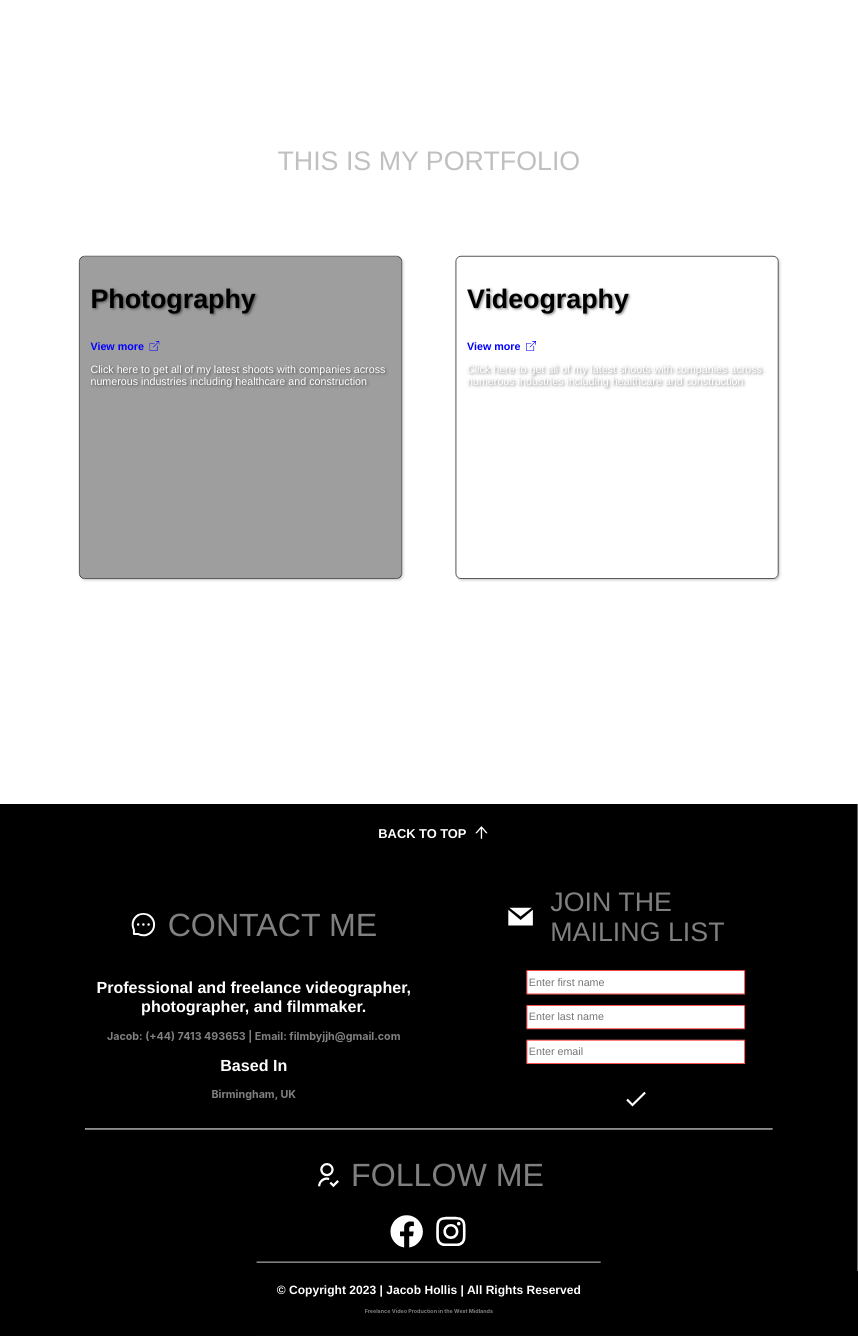
Repository: ThomasMTurner/filmbyjjh-portfolio
Page: /portfolio (app in client/)
An editor plug-in stored every save of this project. The page is shown before and after the next save, followed by the edit.
The browser window is 1280 px wide. The pictures show the whole page, at 67% of full size.
Pictures or frames that could not be fetched are drawn as grey boxes. The project was rebuilt for these pictures with package versions that can differ from the ones it lists, and the page was loaded fresh each time. Also part of the build but not shown: client/vite.config.js, client/src/pages/Components/TagComponents.jsx, client/src/pages/Components/Post.jsx, client/src/pages/Components/SearchBar.jsx, client/src/pages/Updates.jsx, client/src/pages/Contact.jsx, client/src/pages/Components/InitialLogin.jsx, client/src/pages/Home.jsx and 2 more. Imported but missing from the stored project, and not drawn on this page: client/src/pages/Components/Videos/header.mp4, client/src/pages/Components/Videos/portfolio-reel.mp4.

Above is the page before, as saved 2023-10-20 13:06:10.

After the next save:
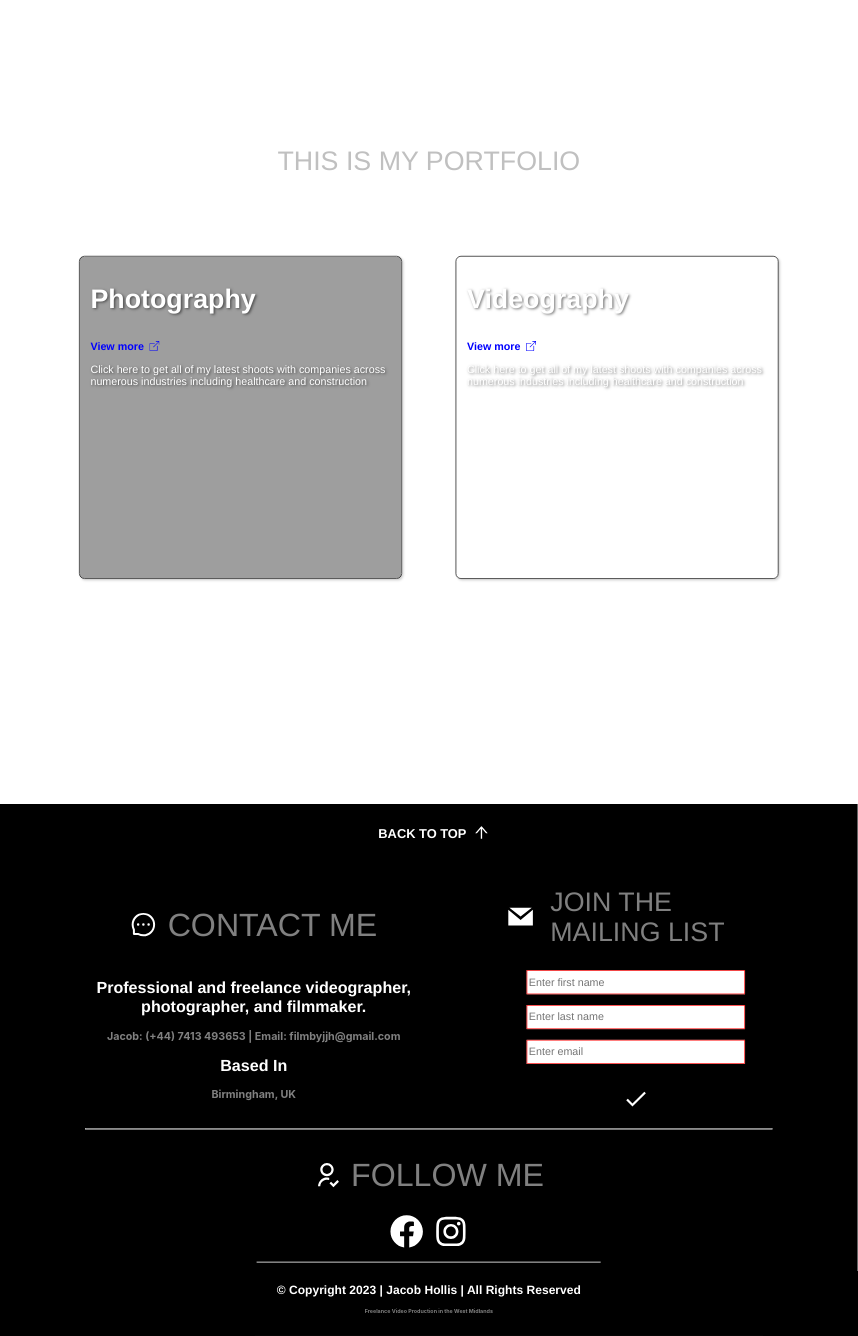
Saved 14 s later.
--- a/client/src/pages/Portfolio.jsx
+++ b/client/src/pages/Portfolio.jsx
@@ -6,7 +6,7 @@ const PortfolioCard = (props) => {
     console.log(props.title.toLowerCase().slice(0, 5))
     return (
         <div className={`portfolio-card portfolio-card-${props.title.toLowerCase()}`}>
-            <p style={{fontFamily:'helvetica', fontWeight:'bold', fontSize:'2.5rem', color:'black'}}>{props.title}</p>
+            <p style={{fontFamily:'helvetica', fontWeight:'bold', fontSize:'2.5rem', color:'white'}}>{props.title}</p>
             <button className='portfolio-card-button' type="button" onClick={() => navigate(`/portfolio/${props.title.toLowerCase().slice(0, 5)}`)}>View more <BsBoxArrowUpRight color={'blue'} size={15} /></button>
             <p style={{fontFamily:'helvetica', fontWeight:'200', fontSize:'1rem'}}>{props.desc}</p>
         </div>
